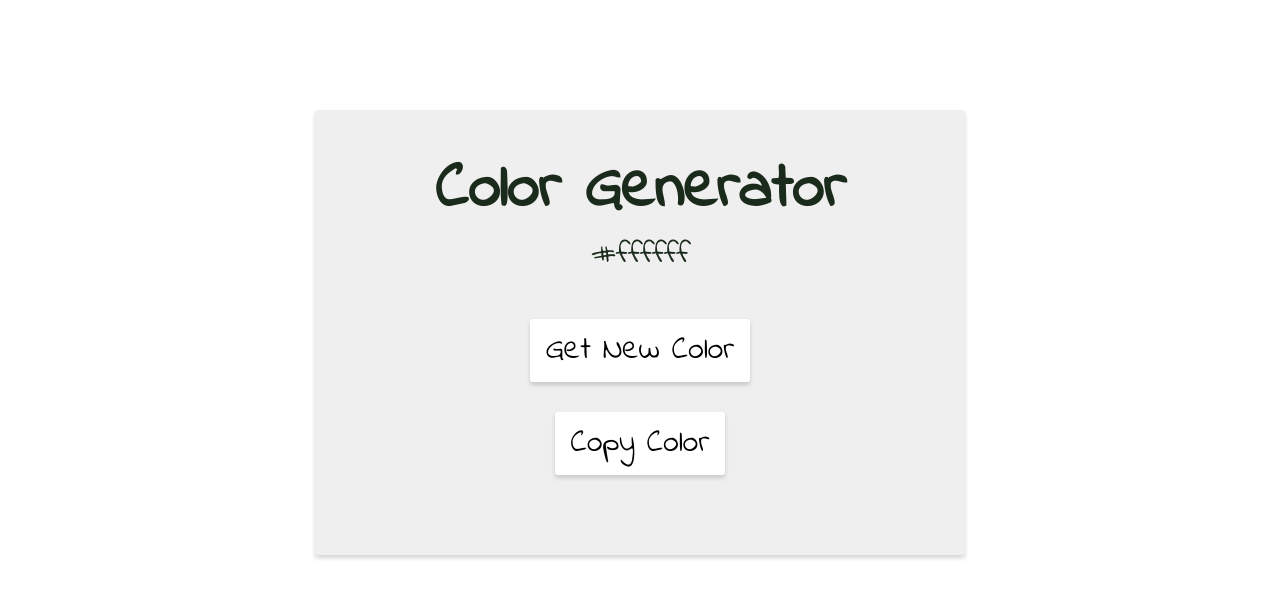
Repository: codimis/JSB-01-Color-Changer
Page: index.html
An editor plug-in stored every save of this project. The page is shown before and after the next save, followed by the edit.
The browser window is 1280 px wide. The pictures show the whole page.
After loading, the first visible `#pickColor` was clicked once.

Above is the page before, as saved 2021-09-17 02:07:51.
Console error: ReferenceError: setColor is not defined

### index.html
<!DOCTYPE html>
<html lang="en">
<head>
    <meta charset="UTF-8">
    <meta http-equiv="X-UA-Compatible" content="IE=edge">
    <meta name="viewport" content="width=device-width, initial-scale=1.0">
    <title>Color Generator</title>
    <link rel="stylesheet" href="style.css" />
    <script defer src="color.js"></script>
</head>
<body>
    <div class="container">
        <h1>Color Generator</h1>
        <p id="currentColor">#ffffff</p>
        <button id="pickColor" onclick="setColor()">Get New Color</button>
        <button id="copyColor" onclick="copyColor()">Copy Color</button></div>
</body>
</html>

### style.css
@import url('https://fonts.googleapis.com/css2?family=Indie+Flower&display=swap');

:root {
    --color-dark: #1b2b1b;
    --color-light: #efefef;
}

body {
    color: var(--color-dark);
    display: grid;
    font-family: "Indie Flower", sans-serif;
    font-size: 2.5rem;
    min-height: 90vh;
    min-width: 90vw;
    place-items: center;
}

.container {
    align-items: center;
    background-color: var(--color-light);
    border-radius: 3px;
    box-shadow: 0 3px 4px rgba(50, 50, 50, .2);
    display: flex;
    flex-direction: column;
    padding: 2em 3em;
    position: relative;
}

.alert {
    position: absolute;
    top: -50px;
    background-color: var(--color-light);
    padding: 8px 12px;
    box-shadow: 0 3px 4px rgba(50, 50, 50, .2);
}

.alert::after {
    border-color: var(--color-light) transparent transparent transparent;
    border-style: solid;
    border-width: 7px 7px 0 7px;
    bottom: -7px;
    content: "";
    left: 50%;
    position: absolute;
    transform: translateX(-50%);
}

h1 {
    font-size: 4rem;
    line-height: 1px;
    margin: 0;
    padding: 0;
}

#currentColor {
    text-align: center;
    font-size: 2rem;
    line-height: 2;
}

#pickColor, #copyColor {
    border: 0;
    outline: 0;
    background-color: #fff;
    font-family: "Indie Flower",sans-serif;
    font-size: 2rem;
    padding: 8px 16px;
    cursor: pointer;
    border-radius: 3px;
    box-shadow: 0 3px 4px rgba(50, 50, 50, .2);
}

#copyColor {
    margin-top: 30px;
}

#pickColor:active, #copyColor:active {
    box-shadow: none;
    color: var(--color-dark);
 }

### color.js
const currentColor = document.querySelector('#currentColor')
const container = document.querySelector('.container')

const getHex = () => {
    let color = '#'
    let primaryColorNumber = 3
    let randomRGBNumber
    for( let i= 1;i<=primaryColorNumber;i++){
        randomRGBNumber = Math.random*255
        if(randomRGBNumber.length==1){
            randomRGBNumber= "0"+randomRGBNumber
        }
        color += randomRGBNumber.toString(16)
    }
    return color
}

After the next save:
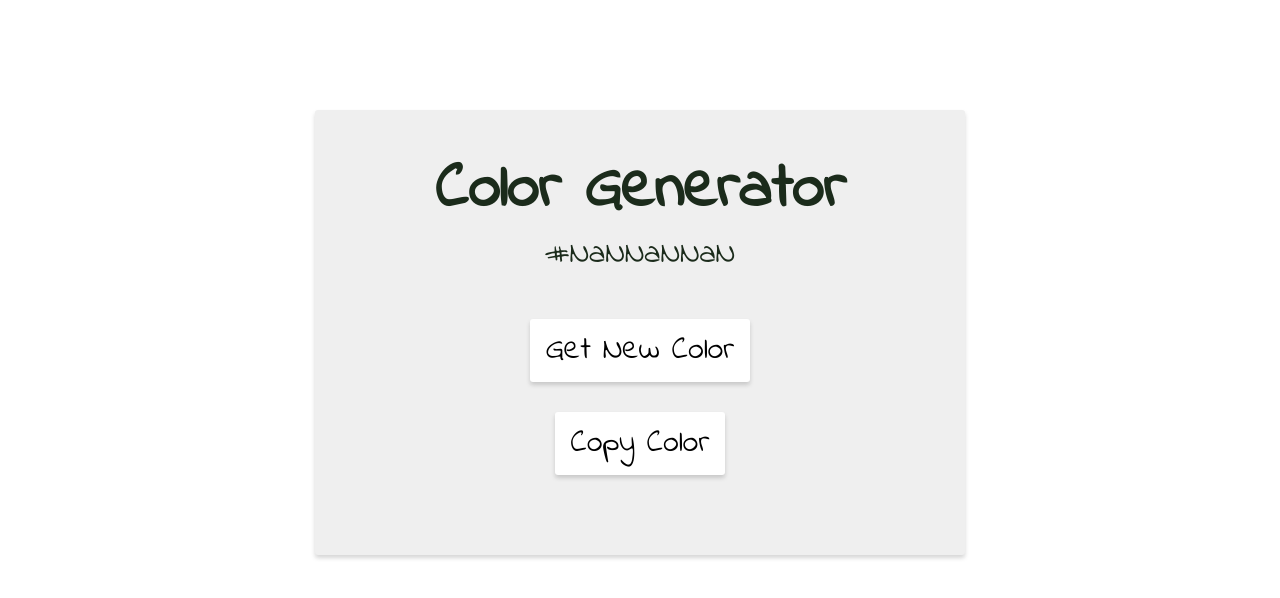
The error is gone.
Saved 2 min 1 s later.
--- a/color.js
+++ b/color.js
@@ -14,3 +14,9 @@ const getHex = () => {
     }
     return color
 }
+
+const setColor = () => {
+    let color = getHex()
+    currentColor.textContent= color
+    currentColor.style.color = color
+}
